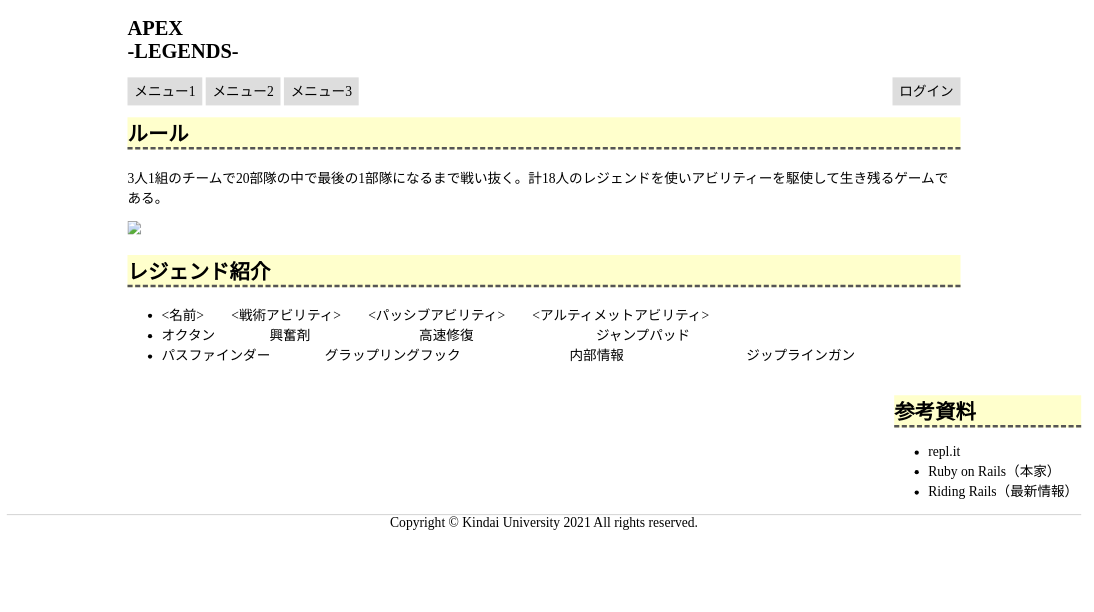
Repository: 1911140024m/SWEXE-L3
Page: L2.1/index.html
The author's editor kept a record of every edit. The page is drawn from the files as they stood at one moment, then again after the next edit.
The browser window is 1280 px wide. The page is 1280 px wide, then 1287 px, so the pictures cover 1287 px, including what lies to the right of the window. The pictures show the whole page, at 85% of full size.

Above is the page before.
Not found: L2.1/img/a.png

### L2.1/index.html
<!DOCTYPE html>
<html>
    <head>
        <meta charset="utf-8"/>
        <link rel="stylesheet" type="text/css" href="css/style.css">
        <style type="text/css">

</style>
</head>
    <body>
        <div id="page">
        <header>
        <nav>
<h1>APEX
<br>-LEGENDS-
</br></h1>
<ul>
    <li><a href=".">メニュー1</a></li>
    <li><a href=".">メニュー2</a></li>
    <li><a href=".">メニュー3</a></li>
    <li style="float:right;"><a href=".">ログイン</a></li>
</ul>
</nav>
</header>

<div id="pageBody"></div>

<h2>ルール</h2>
<p>3人1組のチームで20部隊の中で最後の1部隊になるまで戦い抜く。計18人のレジェンドを使いアビリティーを駆使して生き残るゲームである。</p>
<img src="img/a.png" class="img-right">
<h2>レジェンド紹介</h2>
<ul>
   <li><名前>　　<戦術アビリティ>　　<パッシブアビリティ>　　<アルティメットアビリティ></li>
   <li>オクタン　　　　興奮剤　　　　　　　　高速修復　　　　　　　　　ジャンプパッド</li>
   <li>パスファインダー　　　　グラップリングフック　　　　　　　　内部情報　　　　　　　　　ジップラインガン</li>



</ul>
</div>

<div id="pageSub">
<h2>参考資料</h2>
<ul>
   <li>repl.it</li>
   <li>Ruby on Rails（本家）</li>
   <li>Riding Rails（最新情報）</li>
</ul>
</div>


<footer id="pageFooter">
    Copyright &copy; Kindai University 2021 All rights reserved.
   </footer>
</div>

    </body>
</html>

### L2.1/css/style.css
#page {
    width: 980px;
    margin: 0 auto;
}

h2 {
    background-color:#FFFFCC;
    border-bottom: dashed 3px #555555;
}

#pageBody {
    width: 720px;
    float: left;
}

#pageSub{
    width: 220px;
    float: right;
}

#pageFooter{
    text-align: center;
    clear: both;
    border-top: solid 1px #cccccc;
}

#img-right{
   float: right;
}

#img-center{
   margin: 0 auto;
}

nav ul{
    list-style-type: none;
    margin: 0;
    padding: 0;
}
nav li {
    display: inline;
}

nav li a {
    text-decoration: none;
    padding: 8px;
    background-color: #dddddd;
    color: #000;
}

nav li a:hover {
    background-color: #555;
    color: white;
}

After the next edit:
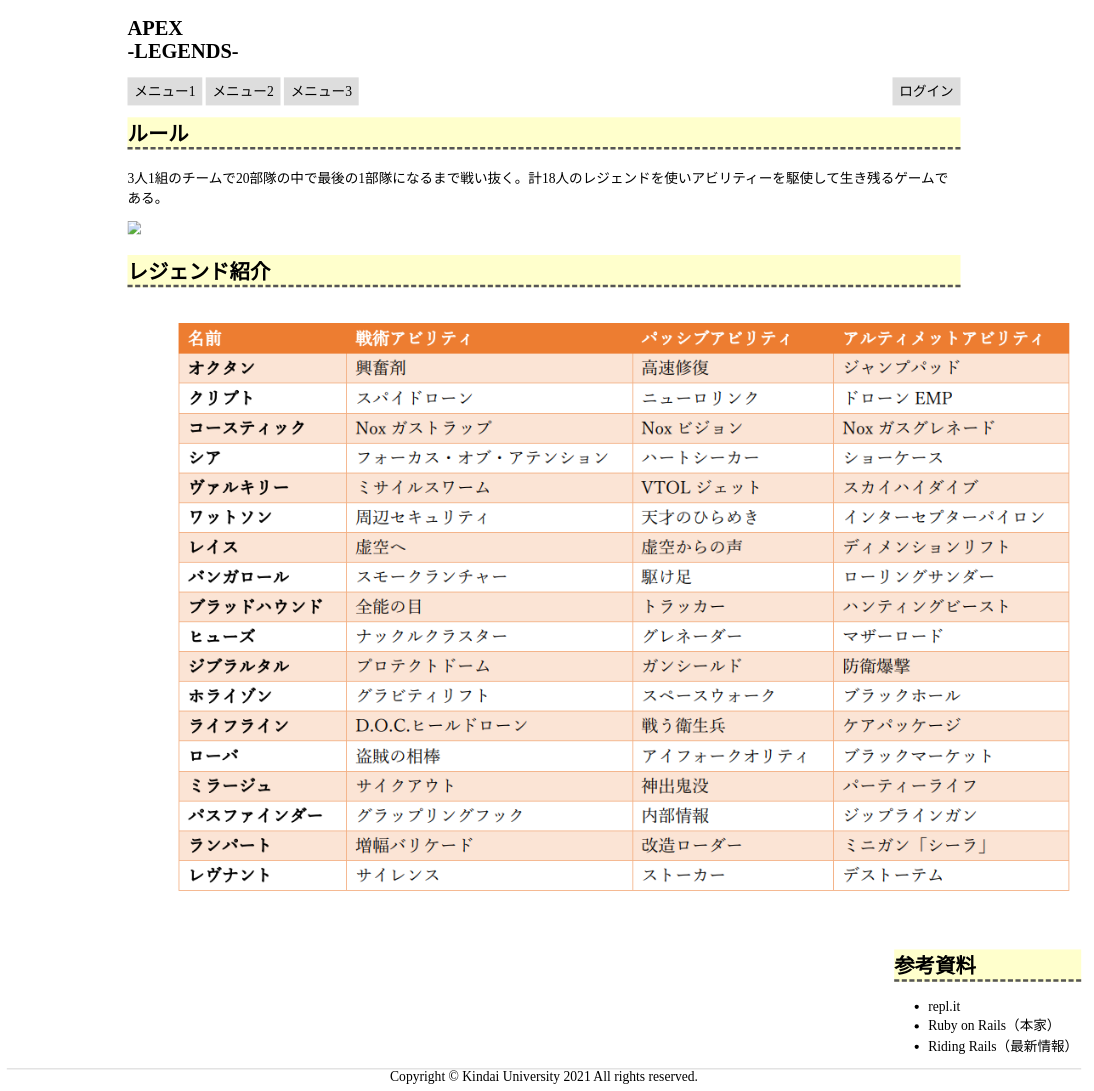
The edit:
--- a/L2.1/index.html
+++ b/L2.1/index.html
@@ -30,9 +30,7 @@
 <img src="img/a.png" class="img-right">
 <h2>レジェンド紹介</h2>
 <ul>
-   <li><名前>　　<戦術アビリティ>　　<パッシブアビリティ>　　<アルティメットアビリティ></li>
-   <li>オクタン　　　　興奮剤　　　　　　　　高速修復　　　　　　　　　ジャンプパッド</li>
-   <li>パスファインダー　　　　グラップリングフック　　　　　　　　内部情報　　　　　　　　　ジップラインガン</li>
+   <img src="img/APEX.PNG" class="img-center">
 
 
 
